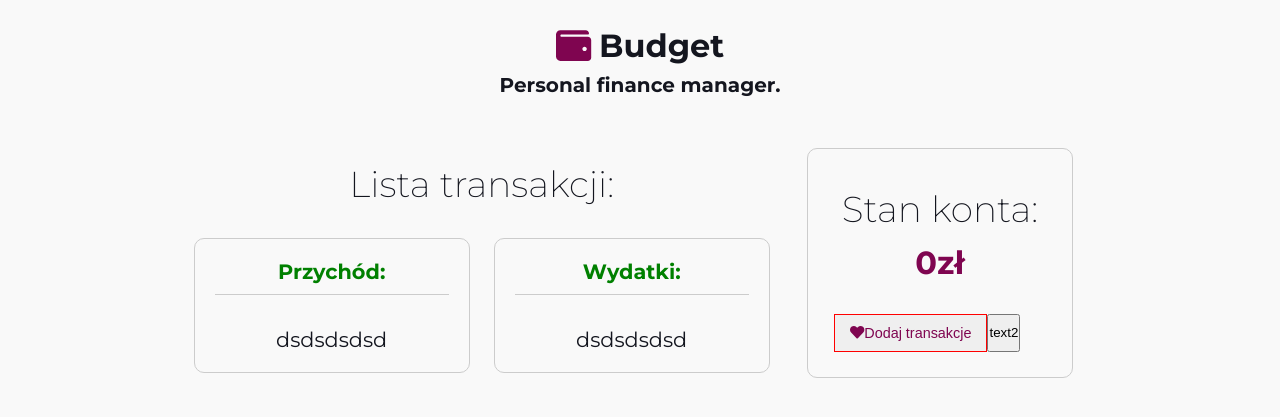
Repository: KrzysKolo/sr_tydzien4_zad4
Page: /
An editor plug-in stored every save of this project. The page is shown before and after the next save, followed by the edit.
The browser window is 1280 px wide. The pictures show the whole page.
Some web libraries are served in a nearby version. The project was rebuilt for these pictures with package versions that can differ from the ones it lists, and the page was loaded fresh each time.

Above is the page before, as saved 2020-11-29 18:39:13.

After the next save:
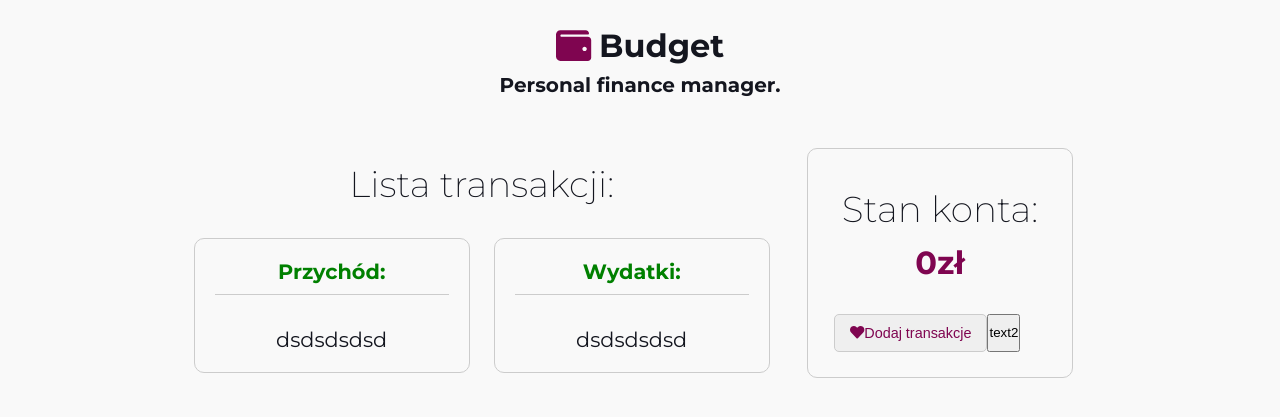
Saved 41 s later.
--- a/src/components/buttons/Button.js
+++ b/src/components/buttons/Button.js
@@ -3,7 +3,8 @@ import styled from 'styled-components';
 import { FontAwesomeIcon } from '@fortawesome/react-fontawesome';
 
 const ButtonDiv = styled.button`
-    border: 1px solid red;
+    border: 1px solid #ccc;
+    border-radius: 5px;
     padding: 10px 15px;
     display: flex;
     flex-direction: row;
